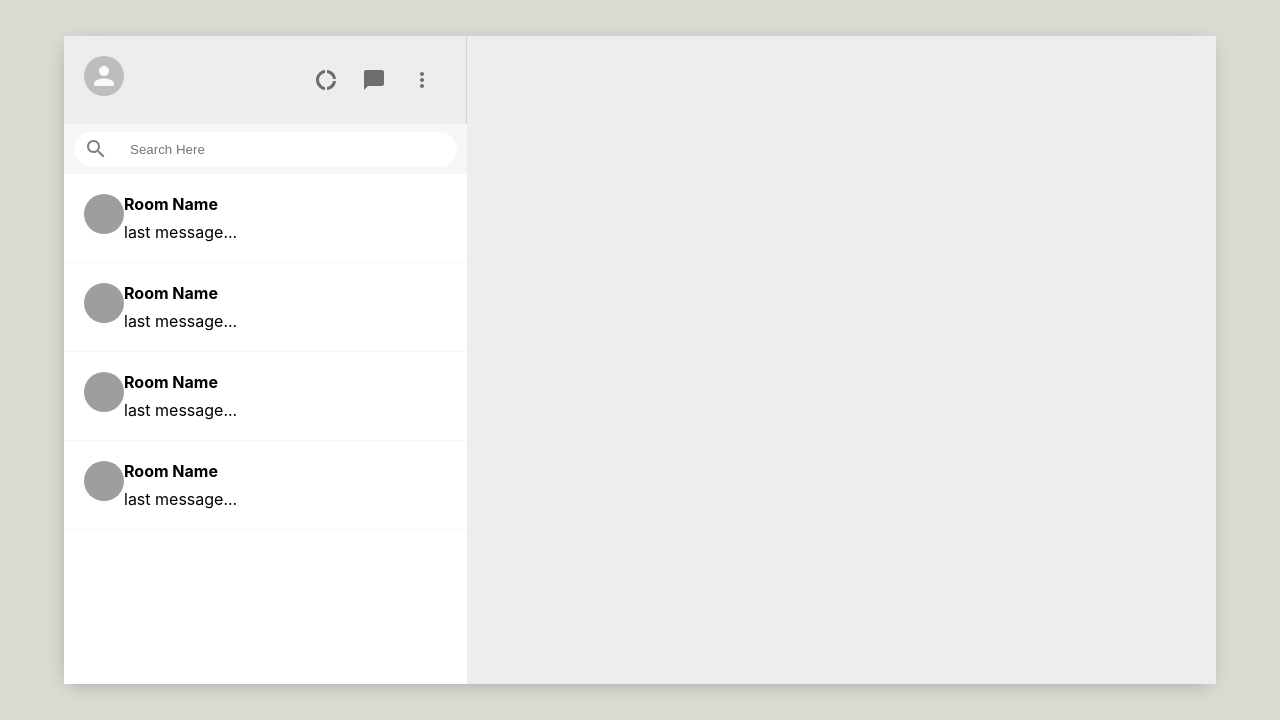
Repository: Prafullkuma/whatsappclon
Page: /
The author's editor kept a copy of each file at every save. The page is drawn from the files as they stood at one save, then again after the next save.
The browser window is 1280 px wide. The pictures show the whole page.
Pictures or frames that could not be fetched are drawn as grey boxes. The project was rebuilt for these pictures with package versions that can differ from the ones it lists, and the page was loaded fresh each time.

Above is the page before, as saved 2020-08-19 12:37:10.

### src/App.js
import React from 'react';
import './App.css';
import Sidebar from './Component/Sidebar'
function App() {
  return (
    <div className="app">
      <div className="app__body">
        <Sidebar />
      </div>
    </div>
  );
}

export default App;

### src/App.css
.app{
  background-color: #dadbd3;
  height: 100vh;
  display: grid;
  place-items: center;
}
.app__body{
  display: flex;
  height: 90vh;
  width: 90vw;
  background-color: #ededed;
  box-shadow: -1px 4px 20px -6px rgba(0, 0, 0, 0.3);
}

### src/Component/Sidebar.js
import React from 'react'
import { Avatar, IconButton } from '@material-ui/core';
import DonutLargeIcon from '@material-ui/icons/DonutLarge';
import ChatBubbleIcon from '@material-ui/icons/ChatBubble';
import MoreVertIcon from '@material-ui/icons/MoreVert';
import SearchIcon from '@material-ui/icons/Search';
import './Sidebar.css'
import SidebarChat from './Chat/SidebarChat';
function Slidebar() {
    return (
        <div className="sidebar">
            <div className="sidebar_header">
                <Avatar />
                <div className="sidebar_headerRight">
                    <IconButton>
                        <DonutLargeIcon />
                    </IconButton>
                    <IconButton>
                        <ChatBubbleIcon />
                    </IconButton>
                    <IconButton>
                        <MoreVertIcon />
                    </IconButton>
                </div>
            </div>
            <div className="sidebar_search">
                <div className="search_container">
                    <SearchIcon />
                    <input type="text"
                        placeholder="Search Here" />
                </div>
            </div>
            <div className="sidebar_chat">
                <SidebarChat />
                <SidebarChat />   <SidebarChat />   <SidebarChat />
            </div>
        </div >
    )
}

export default Slidebar

### src/Component/Sidebar.css
.sidebar{
 display: flex;
 flex-direction: column;
 flex: 0.35;
}
.sidebar_header{
    display: flex;
    justify-content: space-between;
    padding: 20px;
    border-right: 1px solid lightgray;
}
.sidebar_headerRight{
    display: flex;
    align-items: center;
    justify-content: space-between;
    min-width: 9vw;
}
.sidebar_headerRight>.MuiSvgIcon-root{
    margin-right: 2vw;
    font-size: 24px !important;
}
.sidebar_search{
    display: flex;
    align-items: center;
    background-color: #f6f6f6;
    height: 30px;
    padding: 10px;
}
.search_container{
display: flex;
align-items: center;
background-color: white;
width: 100%;
height: 35px;
border-radius: 20px;
}
.search_container>input{
    border: none;
    margin-left: 10px;
}
.search_container>.MuiSvgIcon-root{
    color: gray;
    padding: 10px;
}
.sidebar_chat{
    flex: 1;
    background-color: white;
    overflow: scroll;
}

### src/Component/Chat/SidebarChat.js
import React, { useState, useEffect } from 'react'
import './sidebarChat.css'
import { Avatar } from '@material-ui/core'
function SidebarChat() {
    const [seed, setSeed] = useState('')
    useEffect(() => {
        setSeed(Math.floor(Math.random() * 5000))
    }, [])
    return (
        <div className="sidebarChat">
            <Avatar src={`https://avatars.dicebear.com/api/human/${seed}.svg`} />
            <div className="sidebarchat_info">
                <h2>Room Name</h2>
                <p>last message...</p>
            </div>
        </div>
    )
}

export default SidebarChat

### src/Component/Chat/sidebarChat.css
.sidebarChat{
    display: flex;
    padding: 20px;
    cursor: pointer;
    border-bottom:1px solid #f6f6f6 ;
}
.sidebarChat:hover{
    background-color: green;
}
.sidebarchat_info>h2{
font-size: 16px;
margin-bottom: 8px;
}

Loaded but not shown: public/index.html (common file); src/index.js (common file); src/index.css (common file)

After the next save:
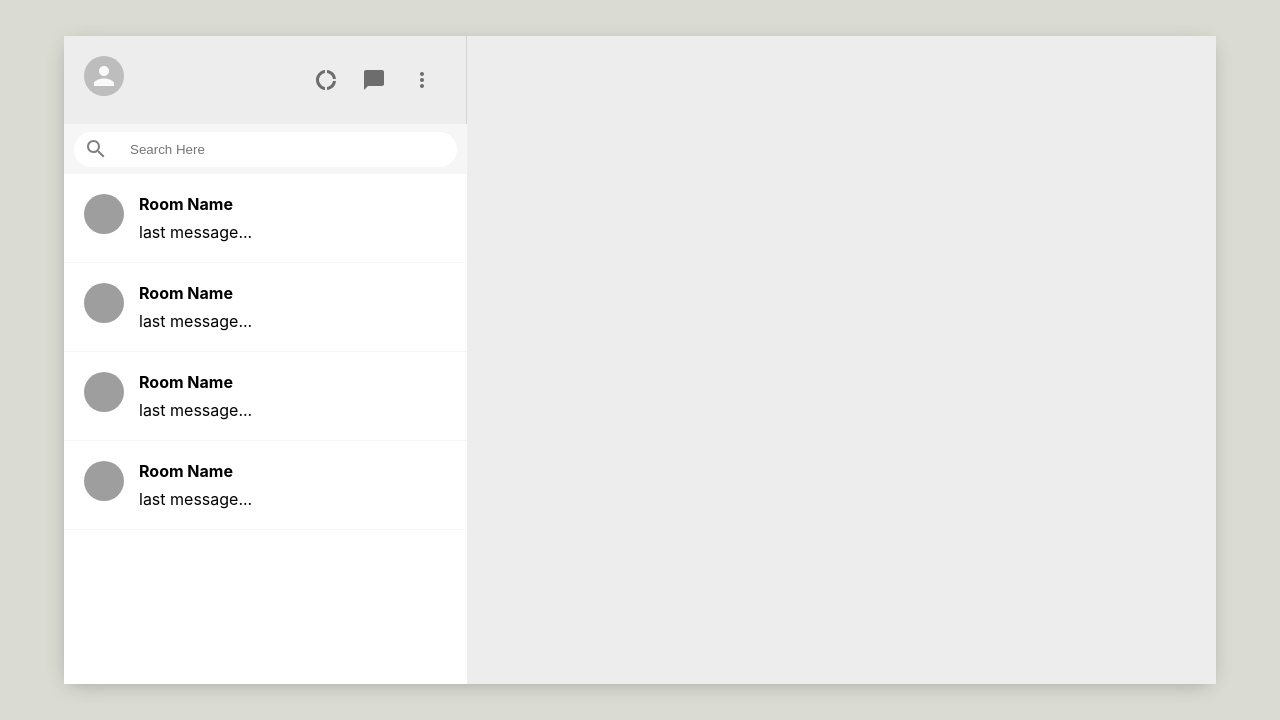
Saved 32 s later.
--- a/src/Component/Chat/sidebarChat.css
+++ b/src/Component/Chat/sidebarChat.css
@@ -11,3 +11,6 @@
 font-size: 16px;
 margin-bottom: 8px;
 }
+.sidebarchat_info{
+    margin-left: 15px;
+}
